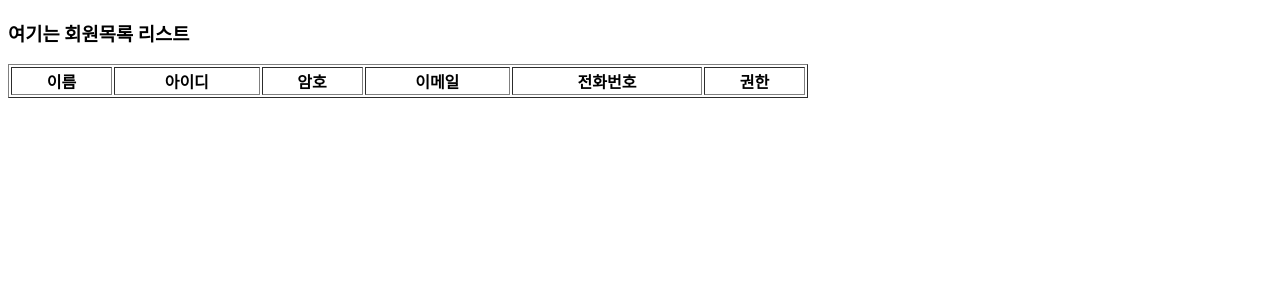
Repository: angwanghyeon/eclipse
Page: http://localhost/sec07/03_MemberList.jsp
These files come from the project's save history. The page is drawn as it stood at one moment and after the next save; the edit follows.
The browser window is 1280 px wide. The pictures show the whole page.
The page is served by Tomcat 9.

Above is the page before, as saved 2023-09-04 00:49:15.

### sec07/src/main/webapp/03_MemberList.jsp
<%@ page language="java" contentType="text/html; charset=UTF-8"
    pageEncoding="UTF-8"%>
<%@ page import="java.sql.DriverManager" %>
<%@ page import="java.sql.PreparedStatement" %>
<%@ page import="java.sql.Connection" %>
<%!
 Connection conn = null;
 PreparedStatement pstmt = null;
 String url = "jdbc:oracle:thin:@localhost:1521";
 String uid = "scott";
 String pass = "tiger";
 String sql = "select * from member";

%>
<!DOCTYPE html>
<html>
<head>
<meta charset="UTF-8">
<title>Insert title here</title>
</head>
<body>
<h3>여기는 회원목록 리스트</h3>
<table width="800" border="1">
	<tr>
		<th>이름</th><th>아이디</th><th>암호</th>
		<th>이메일</th><th>전화번호</th><th>권한</th>

</table>
</body>
</html>

After the next save:
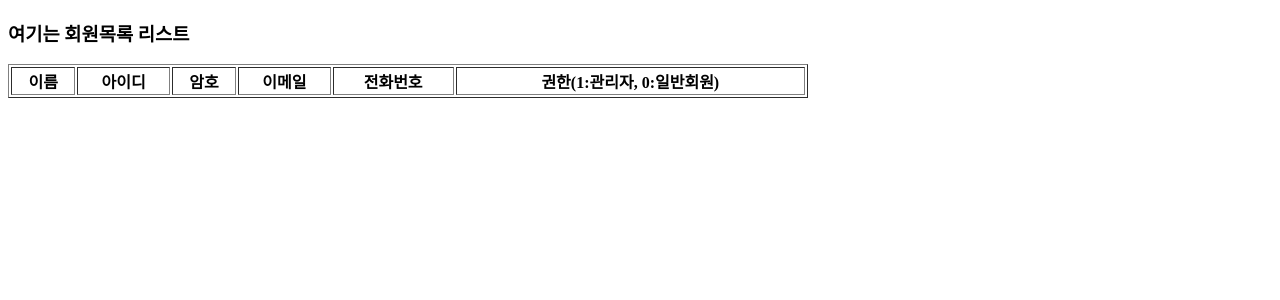
Saved 77 s later.
--- a/sec07/src/main/webapp/03_MemberList.jsp
+++ b/sec07/src/main/webapp/03_MemberList.jsp
@@ -23,7 +23,7 @@
 <table width="800" border="1">
 	<tr>
 		<th>이름</th><th>아이디</th><th>암호</th>
-		<th>이메일</th><th>전화번호</th><th>권한</th>
+		<th>이메일</th><th>전화번호</th><th>권한(1:관리자, 0:일반회원)</th>
 
 </table>
 </body>
